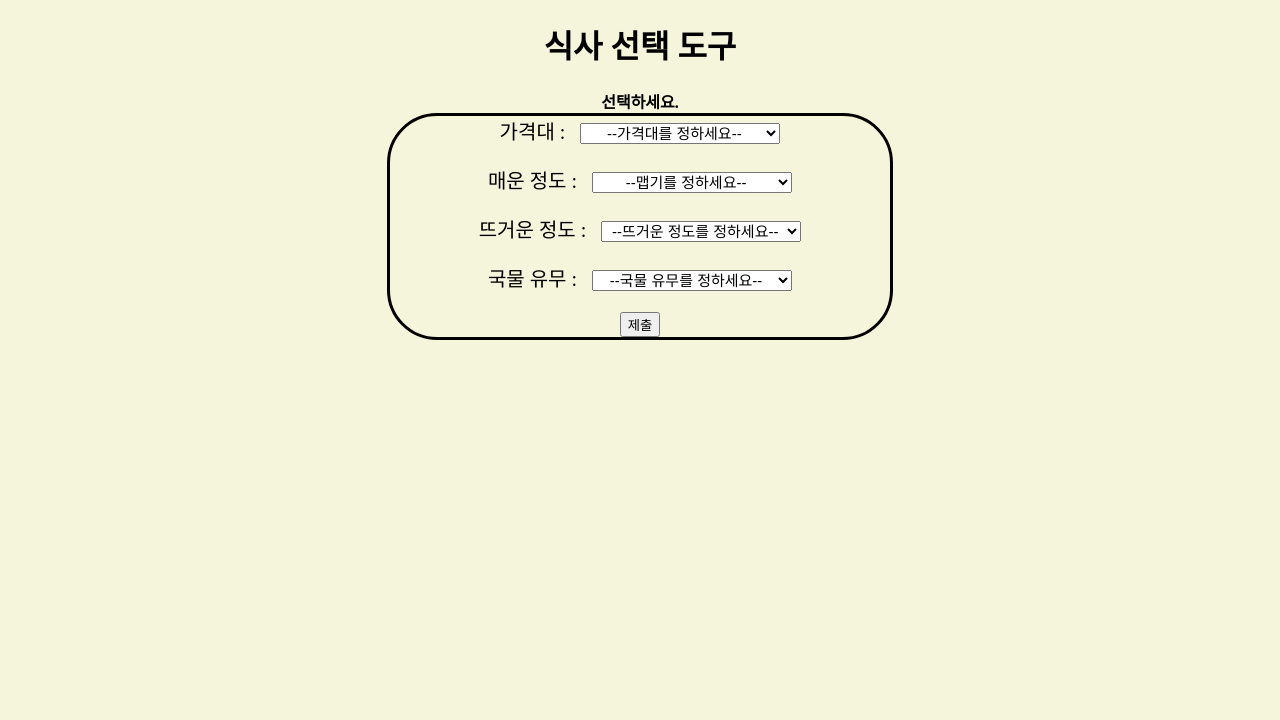
Repository: kimgh06/JavaWeb
Page: http://localhost/what/
An editor plug-in stored every save of this project. The page is shown before and after the next save, followed by the edit.
The browser window is 1280 px wide. The pictures show the whole page.
The page is served by Tomcat 9.

Above is the page before, as saved 2022-11-04 01:03:13.

After the next save:
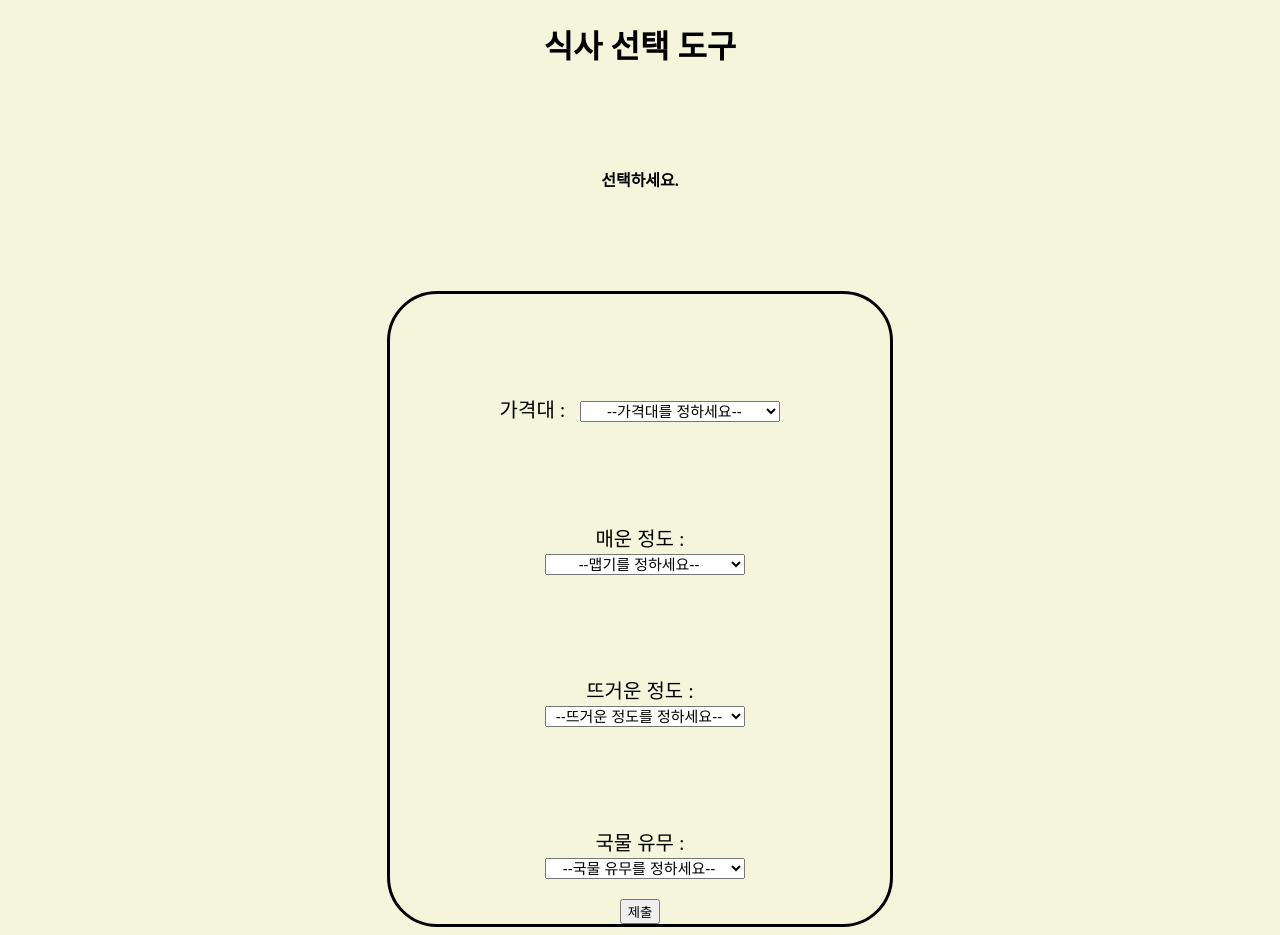
Saved 6 s later.
--- a/what/src/main/webapp/main.css
+++ b/what/src/main/webapp/main.css
@@ -9,7 +9,7 @@ body{
 	display: block;
 }
 
-#main b{
+#main div{
 	margin:100px;
 }
 
